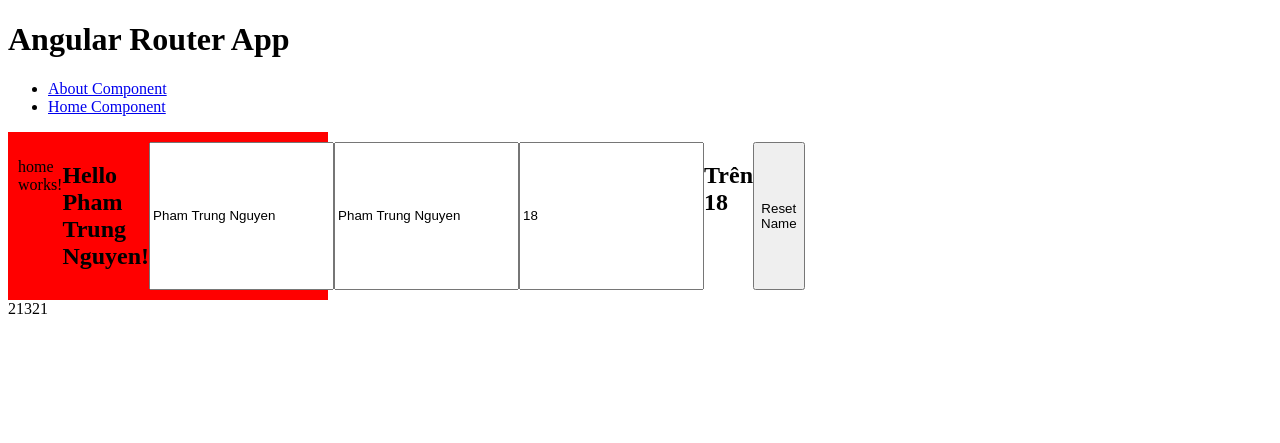
Repository: PhamTrungNguyen/Angular12
Page: / (app in Angular/)
These files come from the project's save history. The page is drawn as it stood at one moment and after the next save; the edit follows.
The browser window is 1280 px wide. The pictures show the whole page.
The project was rebuilt for these pictures with package versions that can differ from the ones it lists, and the page was loaded fresh each time. Also part of the build but not shown: Angular/angular.json, Angular/src/app/about/about.component.ts, Angular/src/app/page-not-found/page-not-found.component.ts.

Above is the page before, as saved 2023-01-03 19:02:36.

### Angular/src/app/app.module.ts
import { NgModule } from '@angular/core';
import { BrowserModule } from '@angular/platform-browser';

import { AppRoutingModule } from './app-routing.module';
import { AppComponent } from './app.component';
import { HomeComponent } from './home/home.component';
import { AboutComponent } from './about/about.component';
import { FormsModule } from '@angular/forms';
@NgModule({
  declarations: [AppComponent, HomeComponent, AboutComponent],
  imports: [BrowserModule, AppRoutingModule, FormsModule],
  providers: [],
  bootstrap: [AppComponent],
})
export class AppModule {}

### Angular/src/app/app-routing.module.ts
import { HomeComponent } from './home/home.component';
import { AboutComponent } from './about/about.component';
import { PageNotFoundComponent } from './page-not-found/page-not-found.component';
import { NgModule } from '@angular/core';
import { RouterModule, Routes } from '@angular/router';

const routes: Routes = [
  { path: 'about', component: AboutComponent },
  { path: 'home', component: HomeComponent },
  { path: '', component: HomeComponent },
  { path: '**', component: PageNotFoundComponent },
];

@NgModule({
  imports: [RouterModule.forRoot(routes)],
  exports: [RouterModule],
})
export class AppRoutingModule {}

### Angular/src/app/home/home.component.ts
import { Component } from '@angular/core';

@Component({
  selector: 'app-home',
  templateUrl: './home.component.html',
  styleUrls: ['./home.component.scss'],
})
export class HomeComponent {
  public name = 'Pham Trung Nguyen';
  public age = 18;
  public fruit = [];
  public resetName(): void {
    this.name = '';
    console.log('resetName');
  }
  public ngOnInit(): void {
    console.log('Fruit', this.fruit);
  }
}

### Angular/src/app/app.component.html
<h1>Angular Router App</h1>
<!-- This nav gives you links to click, which tells the router which route to use (defined in the routes constant in  AppRoutingModule) -->
<nav>
    <ul>
        <li><a routerLink="/about" routerLinkActive="active" ariaCurrentWhenActive="page">About Component</a>
        </li>
        <li><a routerLink="/home" routerLinkActive="active" ariaCurrentWhenActive="page">Home
                Component</a></li>
    </ul>
</nav>
<!-- The routed views render in the <router-outlet>-->
<router-outlet></router-outlet>

### Angular/src/app/home/home.component.html
<div class="packet">
    <div class="test">

        <p>home works!</p>
        <h2>Hello {{name}}!</h2>
        <input type="text" value="{{name}}">
        <input type="text" [value]="name" [title]='"day la " + name'>
        <input type="text" [(ngModel)]="age">
        <!--  <h2 *ngIf="age<18">Dưới 18</h2>
        <h2 *ngIf="age>=18">Trên 18</h2> -->
        <div *ngIf="age< 18 then young else old"> </div>
        <ng-template #young>
            <h2> Dưới 18</h2>
        </ng-template>
        <ng-template #old>
            <h2> Trên 18</h2>
        </ng-template>
        <button (click)="resetName()">Reset Name</button>
    </div>
    <div>
        21321
    </div>
</div>

### Angular/src/app/home/home.component.scss
.test {
  padding: 10px;
  width: 300px;
  background-color: red;
  display: flex;
}

Loaded but not shown: Angular/src/index.html (common file); Angular/src/styles.scss (common file); Angular/src/main.ts (common file); Angular/src/app/app.component.ts (common file); Angular/src/app/app.component.scss (no stored copy; drawn as an empty file)

After the next save:
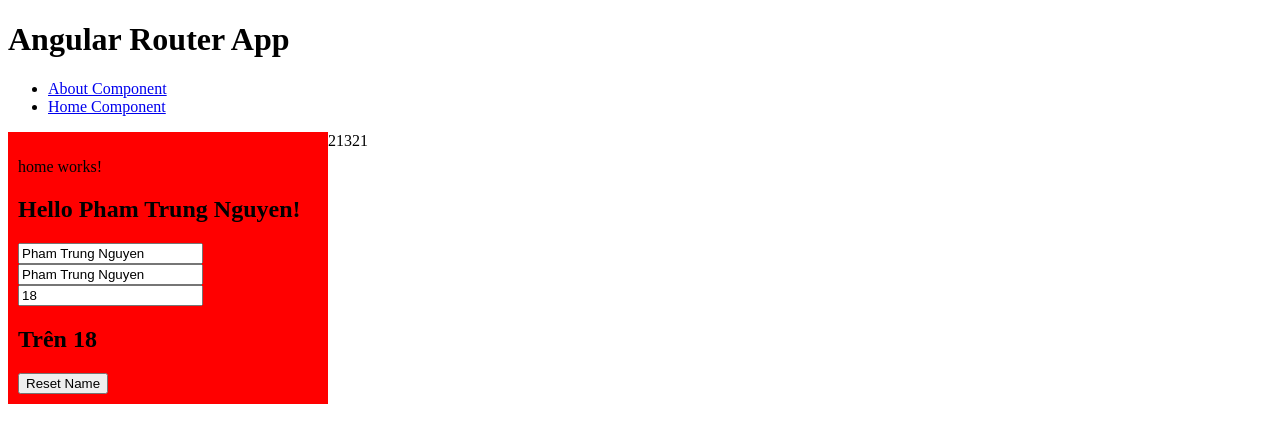
Saved 10 s later.
--- a/Angular/src/app/home/home.component.scss
+++ b/Angular/src/app/home/home.component.scss
@@ -2,5 +2,7 @@
   padding: 10px;
   width: 300px;
   background-color: red;
+}
+.packet {
   display: flex;
 }
